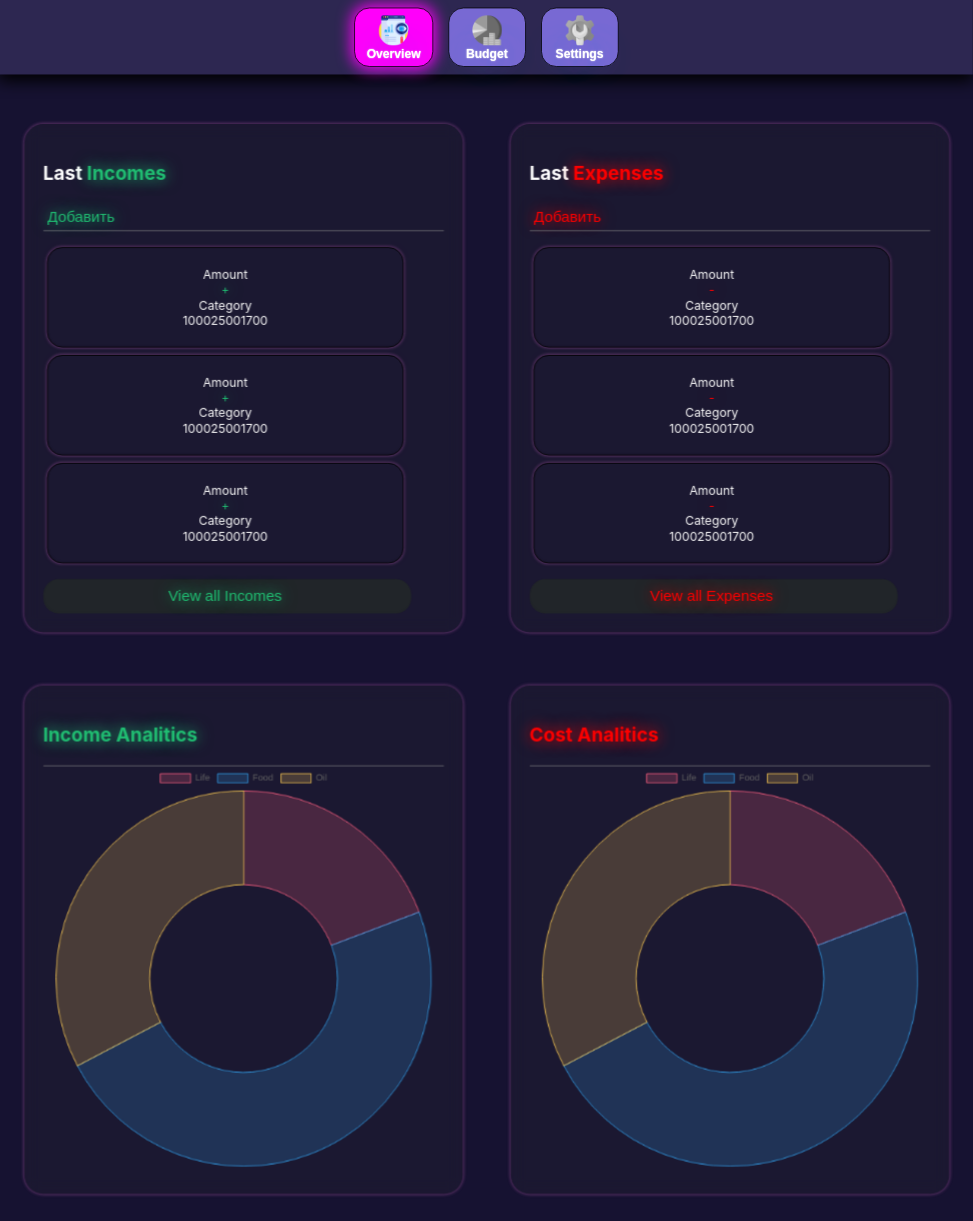
Repository: Minkeani/Money-Manager
Page: /Overview
These files come from the project's save history. The page is drawn as it stood at one moment and after the next save; the edit follows.
The browser window is 1280 px wide. The pictures show the whole page, at 76% of full size.
The project was rebuilt for these pictures with package versions that can differ from the ones it lists, and the page was loaded fresh each time. Also part of the build but not shown: src/components/Budget/Budget.module.css, src/components/Budget/Budget.jsx, src/components/Settings/Settings.jsx, src/components/NotFound/NotFound.module.css, src/components/NotFound/NotFound.jsx.

Above is the page before, as saved 2022-07-17 22:30:04.

After the next save:
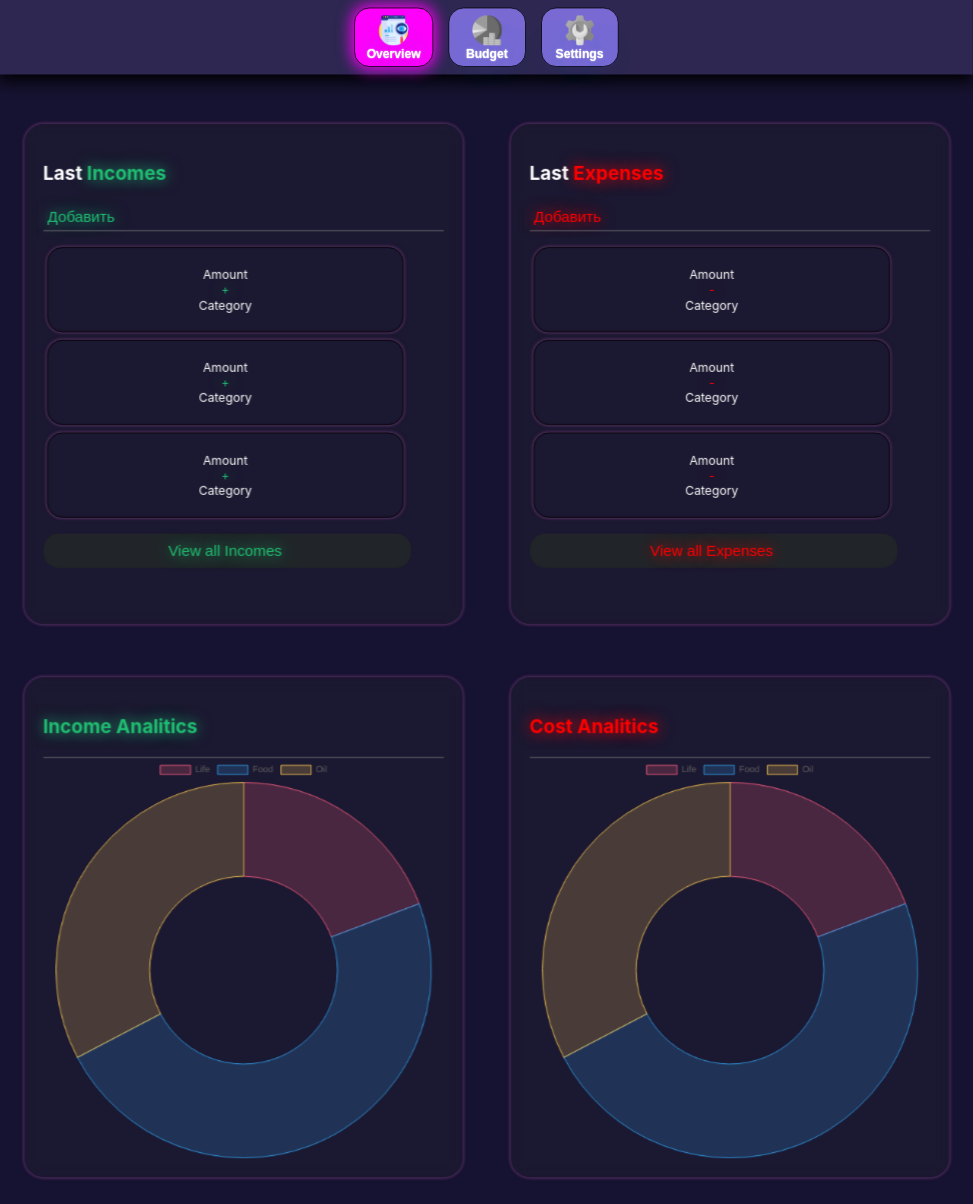
Saved 31 s later.
--- a/src/components/OverviewBlocks/OverviewBlock/OverviewBlock.jsx
+++ b/src/components/OverviewBlocks/OverviewBlock/OverviewBlock.jsx
@@ -24,7 +24,7 @@
                             <ul className={styles.list}>
                                     {datasets.map(({data}) => (
                                         data.map(({money}) => (
-                                        <li><div className={styles.listCont}> Amount<span className={classes === 'money' ? styles.money : styles.Remoney}>{sign}{money}</span> Category <span>{data}</span></div></li>
+                                        <li><div className={styles.listCont}> Amount<span className={classes === 'money' ? styles.money : styles.Remoney}>{sign}{money}</span> Category <span>{data[data.indexOf(money)]}</span></div></li>
                                         ))
                                     ))}
                             </ul>

After the 2 saves that followed:
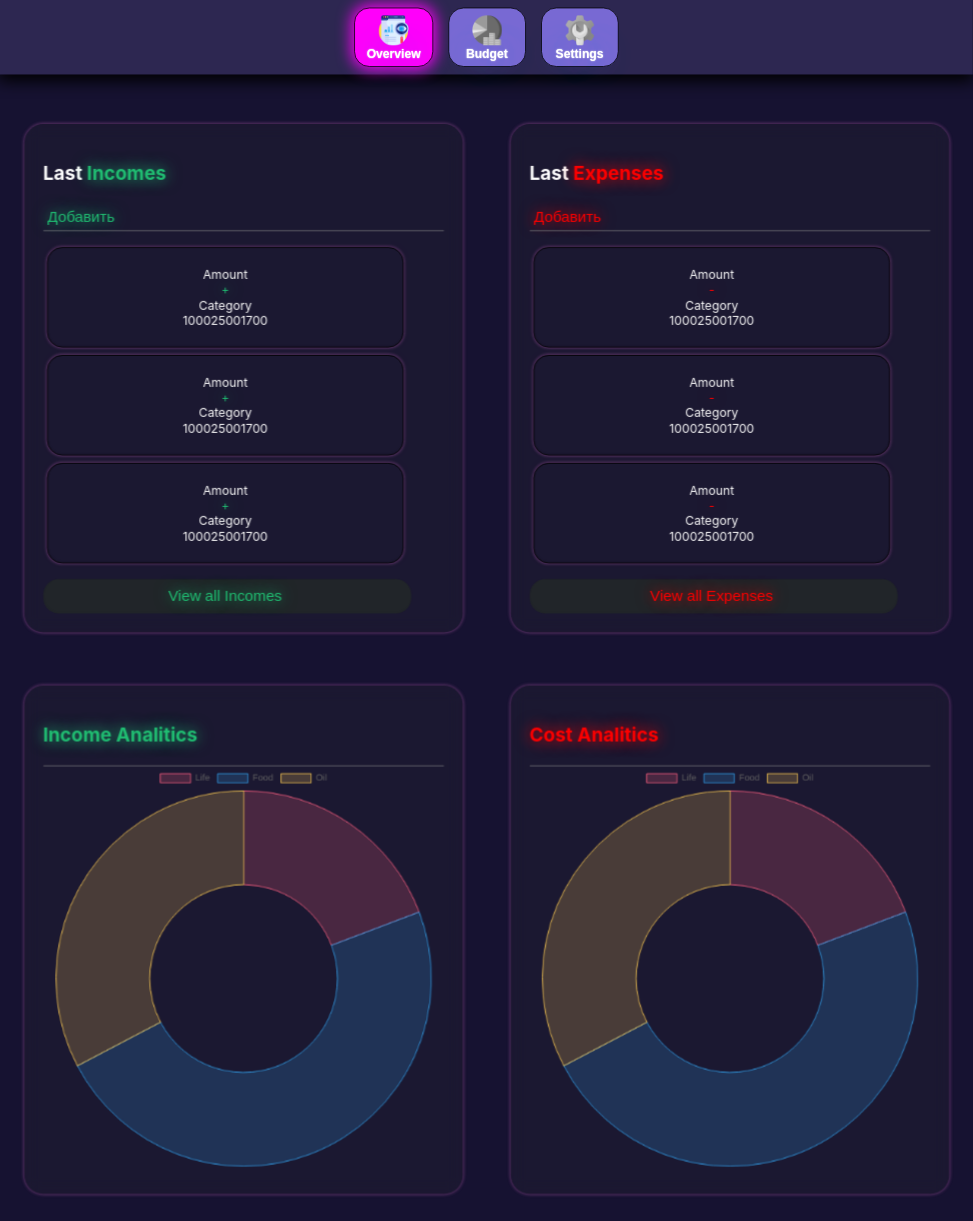
The 2 saves are shown as one change because 1 left the picture as it was.
The last was saved 2 min 13 s later.
--- a/src/components/OverviewBlocks/OverviewBlock/OverviewBlock.jsx
+++ b/src/components/OverviewBlocks/OverviewBlock/OverviewBlock.jsx
@@ -24,7 +24,7 @@
                             <ul className={styles.list}>
                                     {datasets.map(({data}) => (
                                         data.map(({money}) => (
-                                        <li><div className={styles.listCont}> Amount<span className={classes === 'money' ? styles.money : styles.Remoney}>{sign}{money}</span> Category <span>{data[data.indexOf(money)]}</span></div></li>
+                                        <li><div className={styles.listCont}> Amount<span className={classes === 'money' ? styles.money : styles.Remoney}>{sign}{money}</span> Category <span>{data}</span></div></li>
                                         ))
                                     ))}
                             </ul>
